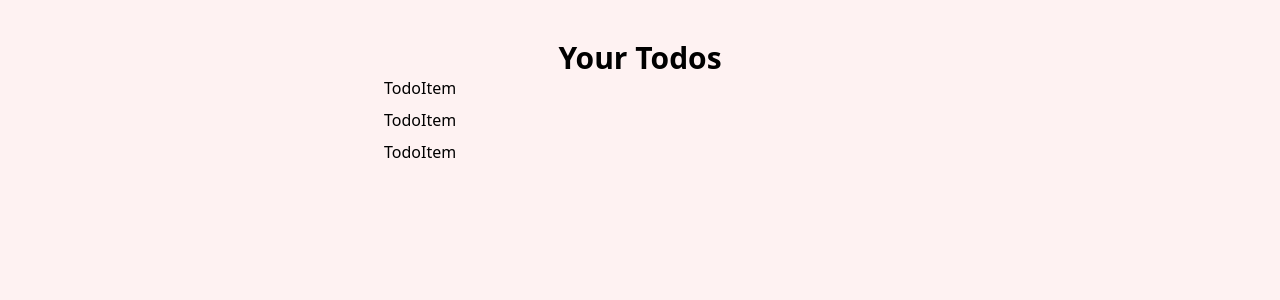
Repository: kocokoy/lodo-list-react-ts-tailwind
Page: /
An editor plug-in stored every save of this project. The page is shown before and after the next save, followed by the edit.
The browser window is 1280 px wide. The pictures show the whole page.
The project was rebuilt for these pictures with package versions that can differ from the ones it lists, and the page was loaded fresh each time. Also part of the build but not shown: vite.config.ts.

Above is the page before, as saved 2025-07-29 15:10:08.

### src/App.tsx
import  TodoItem  from "./components/TodoItem";
import { dummyData } from "./data/todos";

function App() {
  return (
   <main className="py-10 bg-red-50 h-screen">
     <h1 className="font-bold text-3xl text-center">
      Your Todos
     </h1>
       <div className="max-w-lg mx-auto">
        <div className="space-y-2">
          {dummyData.map(todo => (
            <TodoItem todo={todo}/>
          ))}
        </div>
       </div>
    </main>
  )
}

export default App

### src/components/TodoItem.tsx
import type { Todo } from "../types/todo";

interface TodoItemProps {
  todo: Todo;
}

export default function TodoItem(props: TodoItemProps){
  return(
    <div>
      TodoItem
    </div>
  )
}

### src/data/todos.ts
import type { Todo } from '../types/todo'

export const dummyData: Todo[] = [
  {
    id: 1,
    title: "Buy groceries",
    completed: false
  },
  {
    id: 2,
    title: "Walk the dog",
    completed: true
  },
  {
    id: 3,
    title: "Finish homework",
    completed: false
  }
]

Loaded but not shown: index.html (common file); src/main.tsx (common file); src/index.css (common file); tailwind.config.js (common file)

After the next save:
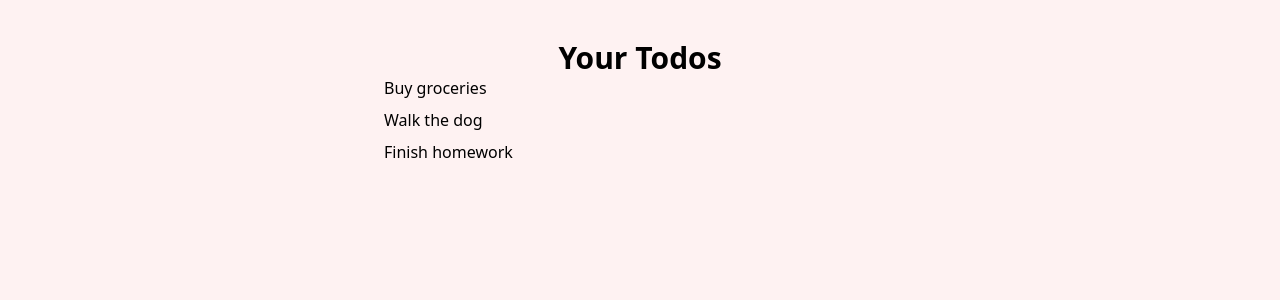
Saved 27 s later.
--- a/src/components/TodoItem.tsx
+++ b/src/components/TodoItem.tsx
@@ -4,10 +4,10 @@ interface TodoItemProps {
   todo: Todo;
 }
 
-export default function TodoItem(props: TodoItemProps){
+export default function TodoItem({todo}: TodoItemProps){
   return(
     <div>
-      TodoItem
+      {todo.title}
     </div>
   )
 }
